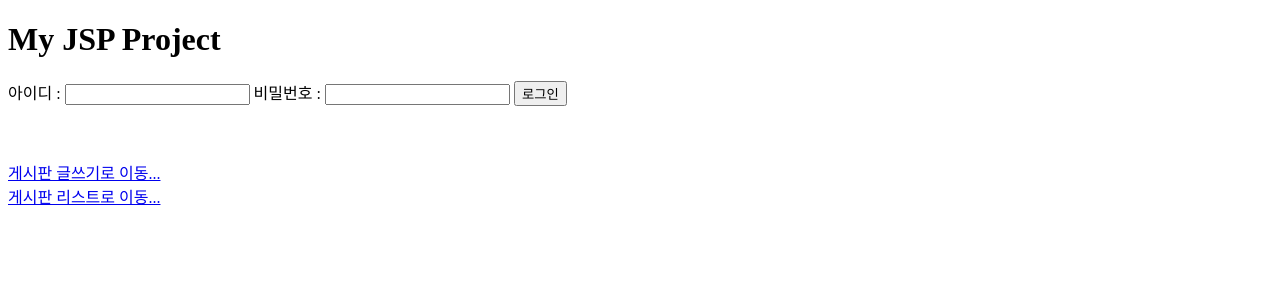
Repository: Leesunghoon1/pjthome
Page: http://localhost/jsp_pjt/
An editor plug-in stored every save of this project. The page is shown before and after the next save, followed by the edit.
The browser window is 1280 px wide. The pictures show the whole page.
The page is served by Tomcat 9.

Above is the page before, as saved 2023-09-21 11:24:11.

After the next save:
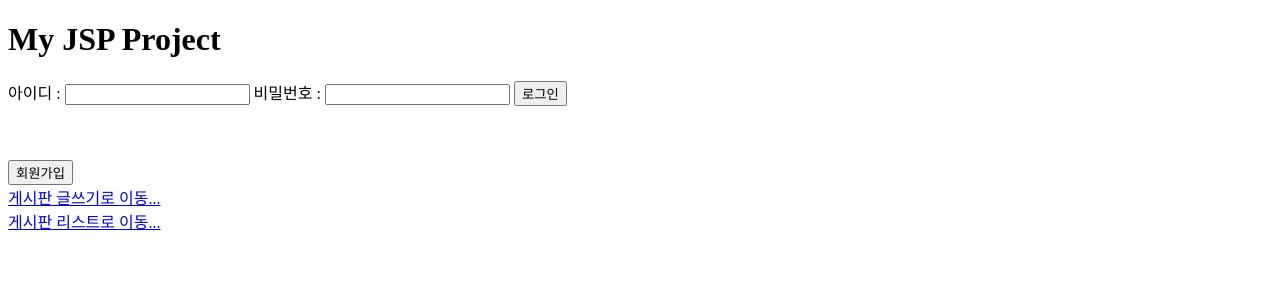
Saved 48 s later.
--- a/jsp_pjt-main/jsp_pjt/src/main/webapp/index.jsp
+++ b/jsp_pjt-main/jsp_pjt/src/main/webapp/index.jsp
@@ -18,7 +18,8 @@
 	<br>
 	<br>
 	<br>
-
+	<a href="/mem/join"><button>회원가입</button></a>
+	<br>
 	<a href="/brd/register">게시판 글쓰기로 이동...</a>
 	<br>
 	<a href="/brd/list">게시판 리스트로 이동...</a>
